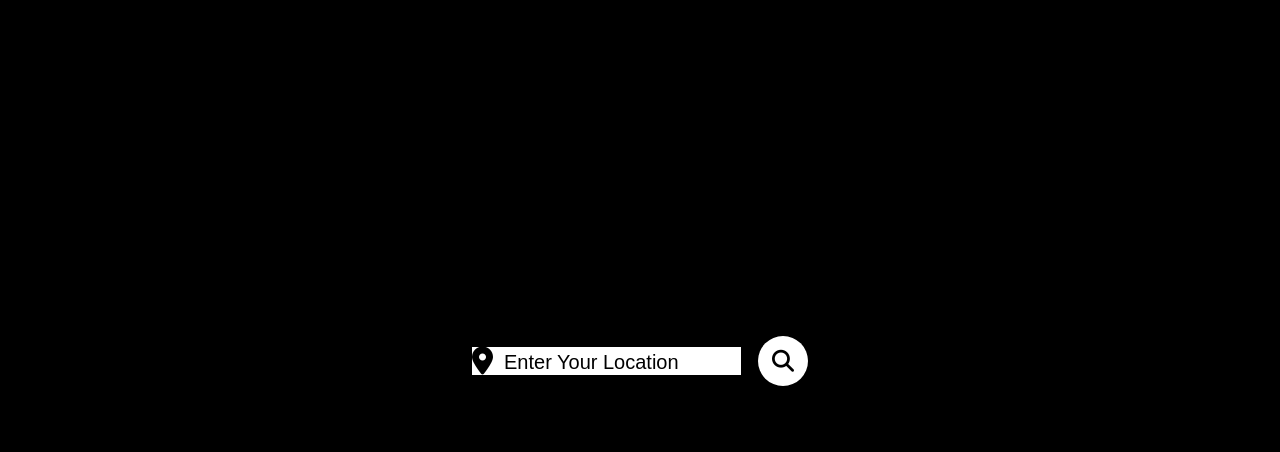
Repository: Pr1s0n3r627/weather
Page: index.html
These files come from the project's save history. The page is drawn as it stood at one moment and after the next save; the edit follows.
The browser window is 1280 px wide. The pictures show the whole page.
Some web libraries are served in a nearby version.

Above is the page before, as saved 2024-05-19 00:14:35.

### index.html
<!DOCTYPE html>
<html lang="en">

<head>
    <meta charset="UTF-8">
    <meta http-equiv="X-UA-Compatible" content="IE=edge">
    <meta name="viewport" content="width=device-width, initial-scale=1.0">
    <link
        href="https://fonts.googleapis.com/css2?family=Poppins:wght@300;400;500;600;700;800;900&family=Roboto:wght@300;400;500;700;900&display=swap"
        rel="stylesheet">
    <link rel="stylesheet" href="style.css">
    <title>Day #10 - Weather App | AsmrProg</title>
</head>

<body>

    <div class="container">
        <div class="search-box">
            <i class="fa-solid fa-location-dot"></i>
            <input type="text" placeholder="Enter your location">
            <button class="fa-solid fa-magnifying-glass"></button>
        </div>

        <div class="not-found">
            <img src="not-found.png">
            <p>Oops! Invalid location :/</p>
        </div>

        <div class="weather-box">
            <img src="">
            <p class="temperature"></p>
            <p class="description"></p>
        </div>

        <div class="weather-details">
            <div class="humidity">
                <i class="fa-solid fa-water"></i>
                <div class="text">
                    <span></span>
                    <p>Humidity</p>
                </div>
            </div>
            <div class="wind">
                <i class="fa-solid fa-wind"></i>
                <div class="text">
                    <span></span>
                    <p>Wind Speed</p>
                </div>
            </div>
        </div>

    </div>

    <script src="https://kit.fontawesome.com/7c8801c017.js" crossorigin="anonymous"></script>
    <script src="index.js"></script>
</body>

</html>

### style.css
*{
    margin: 0;
    padding: 0;
    border: 0;
    outline: none;
    box-sizing: border-box;
}

body{
    height: 100vh;
    display: flex;
    align-items: center;
    justify-content: center;
    background: #000000;
}

.container{
    position: relative;
    width: 400px;
    height: 105px;
    background: #000000;
    padding: 28px 32px;
    overflow: hidden;
    border-radius: 18px;
    border-color: white;
    font-family: 'Roboto', sans-serif;
    transition: 0.6s ease-out;
}

.search-box{
    width: 100%;
    height: min-content;
    display: flex;
    align-items: center;
    justify-content: space-between;
}

.search-box input{
    color: #000000;
    width: 80%;
    font-size: 24px;
    font-weight: 500;
    text-transform: uppercase;
    padding-left: 32px;
}

.search-box input::placeholder{
    font-size: 20px;
    font-weight: 500;
    color: #000000;
    text-transform: capitalize;
}

.search-box button{
    cursor: pointer;
    width: 50px;
    height: 50px;
    color: #000000;
    background: #ffffff;
    border-radius: 50%;
    font-size: 22px;
    transition: 0.4s ease;
}

.search-box button:hover{
    color: #ffffff;
    background: #000000;
}

.search-box i{
    position: absolute;
    color: #000000;
    font-size: 28px;
}

.weather-box{
    text-align: center;
}

.weather-box img{
    width: 60%;
    margin-top: 30px;
}

.weather-box .temperature{
    position: relative;
    color: #000000;
    font-size: 4rem;
    font-weight: 800;
    margin-top: 30px;
    margin-left: -16px;
}

.weather-box .temperature span{
    position: absolute;
    margin-left: 4px;
    font-size: 1.5rem;
}

.weather-box .description{
    color: #000000;
    font-size: 22px;
    font-weight: 500;
    text-transform: capitalize;
}

.weather-details{
    width: 100%;
    display: flex;
    justify-content: space-between;
    margin-top: 30px;
}

.weather-details .humidity, .weather-details .wind{
    display: flex;
    align-items: center;
    width: 50%;
    height: 100px;
}

.weather-details .humidity{
    padding-left: 20px;
    justify-content: flex-start;
}

.weather-details .wind{
    padding-right: 20px;
    justify-content: flex-end;
}

.weather-details i{
    color: #000000;
    font-size: 26px;
    margin-right: 10px;
    margin-top: 6px;
}

.weather-details span{
    color: #000000;
    font-size: 22px;
    font-weight: 500;
}

.weather-details p{
    color: #000000;
    font-size: 14px;
    font-weight: 500;
}

.not-found{
    width: 100%;
    text-align: center;
    margin-top: 50px;
    scale: 0;
    opacity: 0;
    display: none;
}

.not-found img{
    width: 70%;
}

.not-found p{
    color: #000000;
    font-size: 22px;
    font-weight: 500;
    margin-top: 12px;
}

.weather-box, .weather-details{
    scale: 0;
    opacity: 0;
}

.fadeIn{
    animation: 0.1s fadeIn forwards;
    animation-delay: 0.1s;
}

@keyframes fadeIn{
    to {
        scale: 1;
        opacity: 1;
    }
}

### index.js
const container = document.querySelector('.container');
const search = document.querySelector('.search-box button');
const weatherBox = document.querySelector('.weather-box');
const weatherDetails = document.querySelector('.weather-details');
const error404 = document.querySelector('.not-found');

search.addEventListener('click', () => {

    const APIKey = '31178648be1d7e33f1973f3df9c4405a';
    const city = document.querySelector('.search-box input').value;

    if (city === '')
        return;

    fetch(`https://api.openweathermap.org/data/2.5/weather?q=${city}&units=metric&appid=${APIKey}`)
        .then(response => response.json())
        .then(json => {

            if (json.cod === '404') {
                container.style.height = '500px';
                weatherBox.style.display = 'none';
                weatherDetails.style.display = 'none';
                error404.style.display = 'block';
                error404.classList.add('fadeIn');
                return;
            }

            error404.style.display = 'none';
            error404.classList.remove('fadeIn');

            const image = document.querySelector('.weather-box img');
            const temperature = document.querySelector('.weather-box .temperature');
            const description = document.querySelector('.weather-box .description');
            const humidity = document.querySelector('.weather-details .humidity span');
            const wind = document.querySelector('.weather-details .wind span');

            switch (json.weather[0].main) {
                case 'Clear':
                    image.src = 'images/clear.png';
                    break;

                case 'Rain':
                    image.src = 'images/rain.png';
                    break;

                case 'Snow':
                    image.src = 'images/snow.png';
                    break;

                case 'Clouds':
                    image.src = 'images/cloud.png';
                    break;

                case 'Haze':
                    image.src = 'images/mist.png';
                    break;

                default:
                    image.src = '';
            }

            temperature.innerHTML = `${parseInt(json.main.temp)}<span>°C</span>`;
            description.innerHTML = `${json.weather[0].description}`;
            humidity.innerHTML = `${json.main.humidity}%`;
            wind.innerHTML = `${parseInt(json.wind.speed)}Km/h`;

            weatherBox.style.display = '';
            weatherDetails.style.display = '';
            weatherBox.classList.add('fadeIn');
            weatherDetails.classList.add('fadeIn');
            container.style.height = '590px';


        });


});

After the next save:
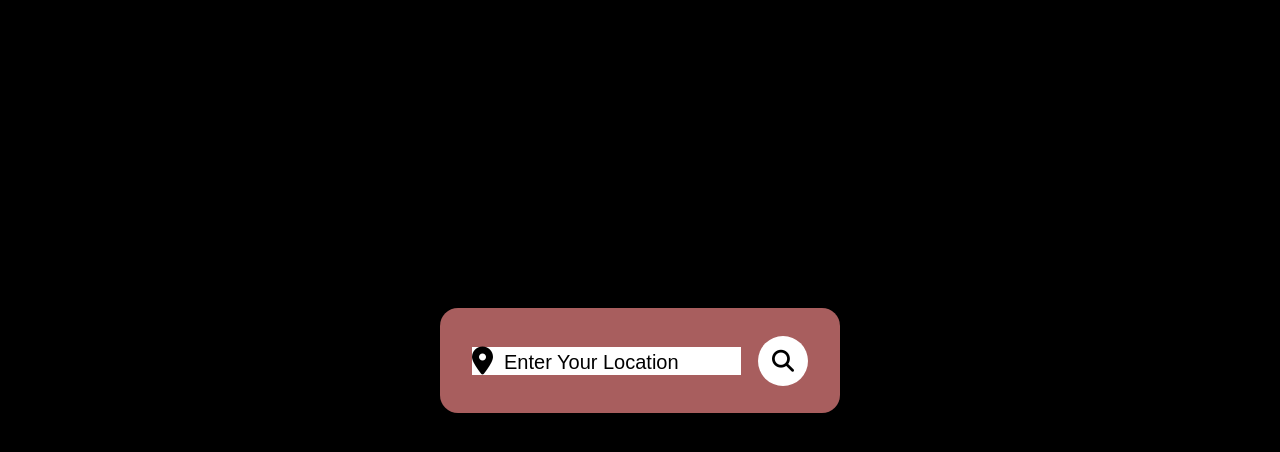
Saved 11 s later.
--- a/style.css
+++ b/style.css
@@ -18,7 +18,7 @@ body{
     position: relative;
     width: 400px;
     height: 105px;
-    background: #000000;
+    background: #a85e5e;
     padding: 28px 32px;
     overflow: hidden;
     border-radius: 18px;
